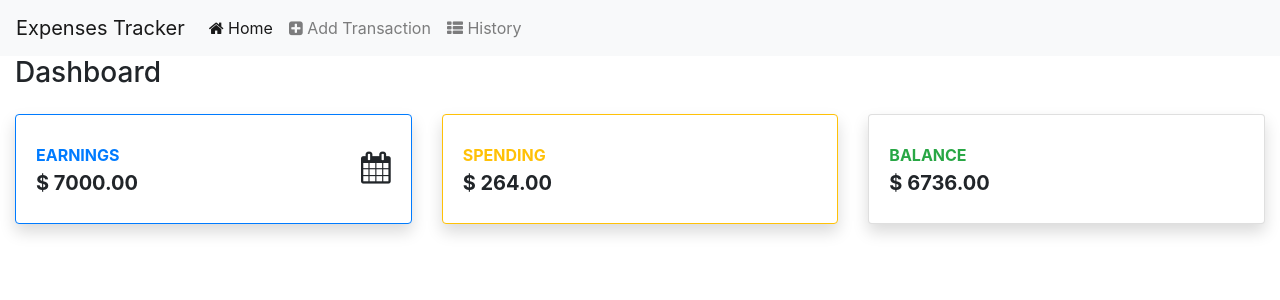
Repository: yucheng91/CI3-expenses-manager
Page: http://localhost/home
The author's editor kept a record of every edit. The page is drawn from the files as they stood at one moment, then again after the next edit.
The browser window is 1280 px wide. The pictures show the whole page.
The page is served by the project's application, run on Flask 3 (app.py). The database holds what the project's SQL file puts in it.

Above is the page before.

After the next edit:
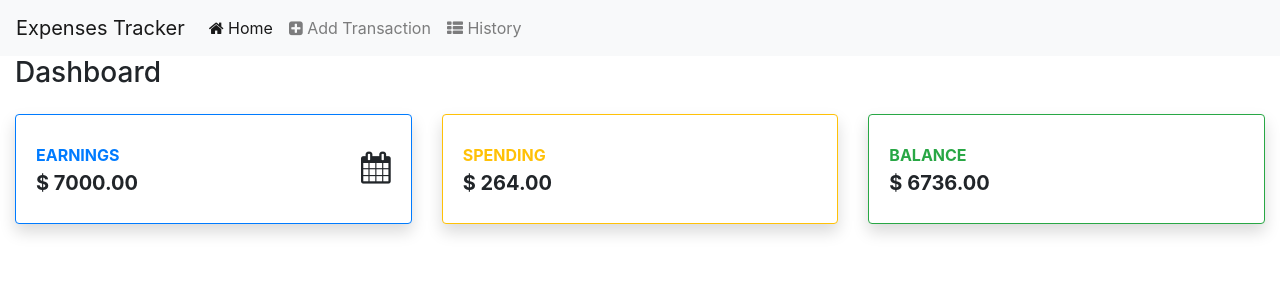
The edit:
--- a/templates/index.html
+++ b/templates/index.html
@@ -85,7 +85,7 @@
 
             <!-- Earnings (Monthly) Card Example -->
             <div class="col-xl-4 col-md-6 mb-4">
-              <div class="card border-left-success shadow h-100 py-2">
+              <div class="card border-success shadow h-100 py-2">
                 <div class="card-body">
                   <div class="row no-gutters align-items-center">
                     <div class="col mr-2">
